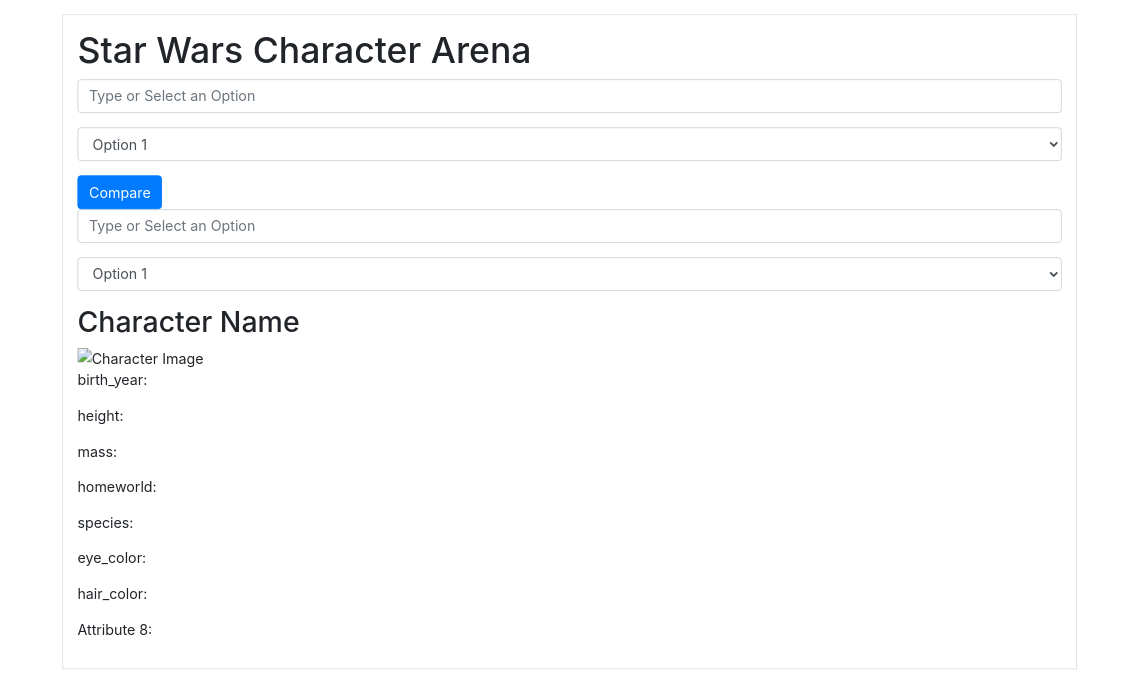
Repository: At-tricks/SW_Character_Arena
Page: client/index.html
An editor plug-in stored every save of this project. The page is shown before and after the next save, followed by the edit.
The browser window is 1280 px wide. The pictures show the whole page, at 89% of full size.

Above is the page before, as saved 2023-10-27 02:15:18.

After the next save:
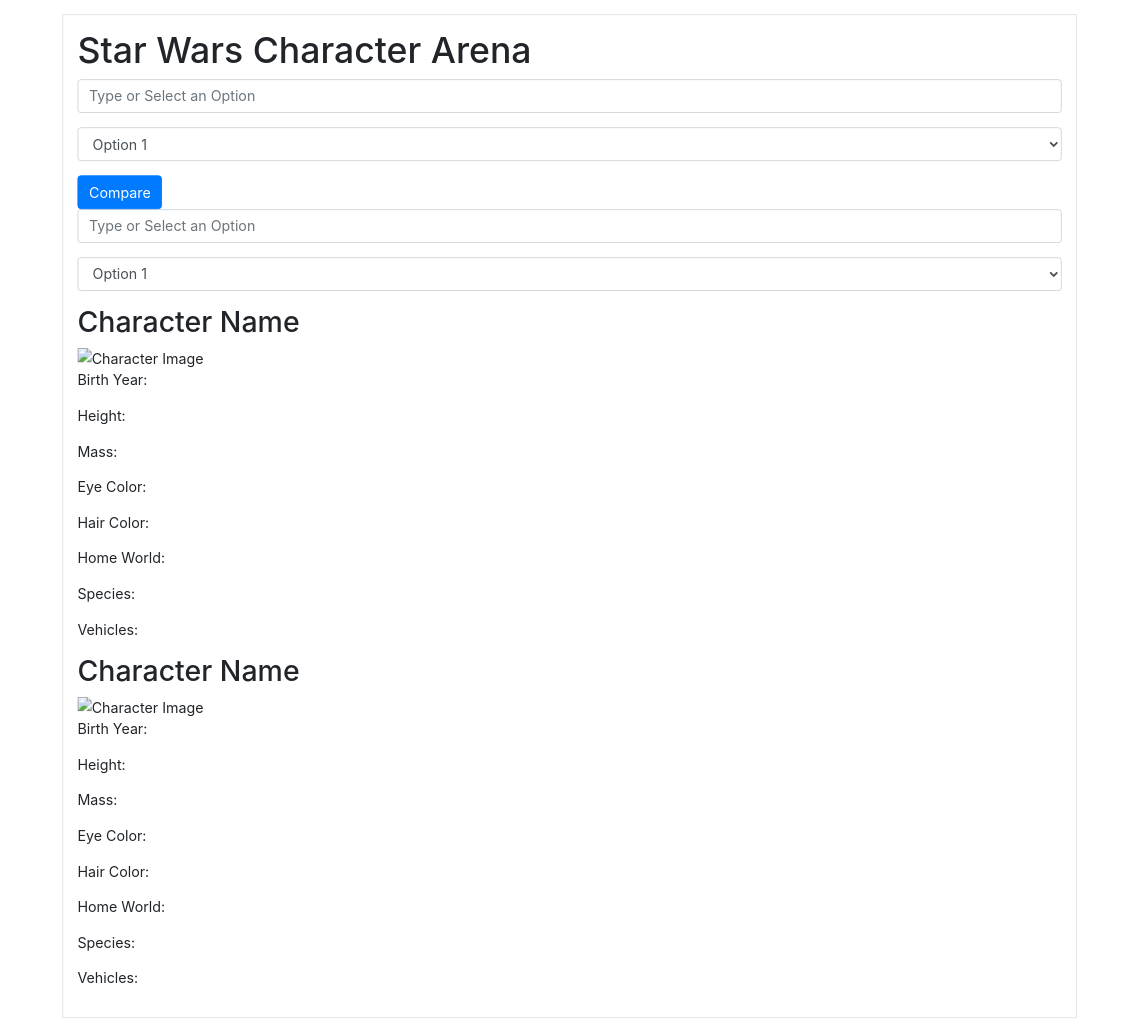
Saved 9 min 7 s later.
--- a/client/index.html
+++ b/client/index.html
@@ -45,19 +45,31 @@
             <div id="charcter1">
                 <h2 id="character1Name">Character Name</h2>
                 <img id="character1Image" src="" alt="Character Image" class="img-fluid">
-                <p id="character1Attribute1">birth_year: </p>
-                <p id="character1Attribute2">height: </p>
-                <p id="character1Attribute3">mass: </p>
-                <p id="character1Attribute4">homeworld: </p>
-                <p id="character1Attribute5">species: </p>
-                <p id="character1Attribute6">eye_color: </p>
-                <p id="character1Attribute7">hair_color: </p>
-                <p id="character1Attribute8">Attribute 8: </p>
+                <p class="Attributes">Birth Year: <span id="character1Att1"></span></p>
+                <p class="Attributes">Height: <span id="character1Att2"></span></p>
+                <p class="Attributes">Mass: <span id="character1Att3"></span></p>
+                <p class="Attributes">Eye Color: <span id="character1Att4"></span></p>
+                <p class="Attributes">Hair Color: <span id="character1Att5"></span></p>
+                <p class="Attributes">Home World: <span id="character1Att6"></span></p>
+                <p class="Attributes">Species: <span id="character1Att7"></span></p>
+                <p class="Attributes">Vehicles: <span id="character1Att8"></span></p>
             </div>
 
             <div id="charcter2">
+                <h2 id="character2Name">Character Name</h2>
+                <img id="character2Image" src="" alt="Character Image" class="img-fluid">
+                <p class="Attributes">Birth Year: <span id="character2Att1"></span></p>
+                <p class="Attributes">Height: <span id="character2Att2"></span></p>
+                <p class="Attributes">Mass: <span id="character2Att3"></span></p>
+                <p class="Attributes">Eye Color: <span id="character2Att4"></span></p>
+                <p class="Attributes">Hair Color: <span id="character2Att5"></span></p>
+                <p class="Attributes">Home World: <span id="character2Att6"></span></p>
+                <p class="Attributes">Species: <span id="character2Att7"></span></p>
+                <p class="Attributes">Vehicles: <span id="character2Att8"></span></p>
+            </div>
+        </div>
+        <div>
 
-            </div>
         </div>
     </div>
 </body>
